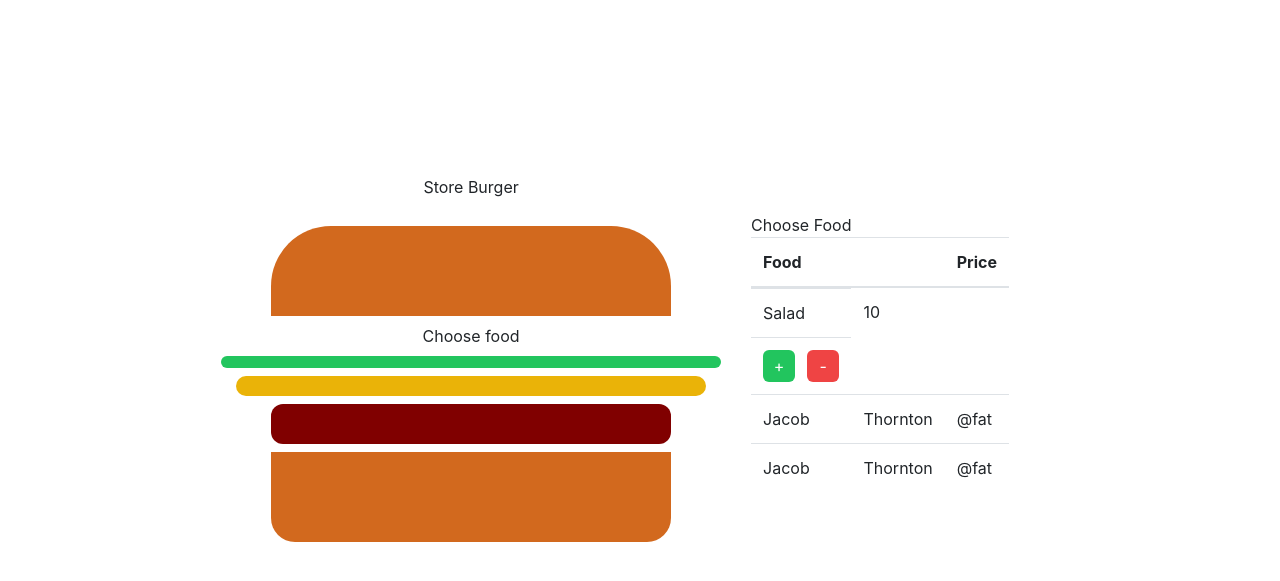
Repository: baobaodeveloper/bootcamp21_HuynhAnhBao_Burger
Page: /
An editor plug-in stored every save of this project. The page is shown before and after the next save, followed by the edit.
The browser window is 1280 px wide. The pictures show the whole page.
The project was rebuilt for these pictures with package versions that can differ from the ones it lists, and the page was loaded fresh each time. Also part of the build but not shown: vite.config.js.

Above is the page before, as saved 2022-05-15 17:19:40.

### index.html
<!DOCTYPE html>
<html lang="en">
  <head>
    <title>Title</title>
    <!-- Required meta tags -->
    <meta charset="utf-8" />
    <meta
      name="viewport"
      content="width=device-width, initial-scale=1, shrink-to-fit=no"
    />

    <!-- Bootstrap CSS -->
    <link
      rel="stylesheet"
      href="https://stackpath.bootstrapcdn.com/bootstrap/4.3.1/css/bootstrap.min.css"
      integrity="sha384-ggOyR0iXCbMQv3Xipma34MD+dH/1fQ784/j6cY/iJTQUOhcWr7x9JvoRxT2MZw1T"
      crossorigin="anonymous"
    />
  </head>
  <body>
    <div id="root"></div>
    <!-- Optional JavaScript -->
    <!-- jQuery first, then Popper.js, then Bootstrap JS -->
    <script
      src="https://code.jquery.com/jquery-3.3.1.slim.min.js"
      integrity="sha384-q8i/X+965DzO0rT7abK41JStQIAqVgRVzpbzo5smXKp4YfRvH+8abtTE1Pi6jizo"
      crossorigin="anonymous"
    ></script>
    <script
      src="https://cdnjs.cloudflare.com/ajax/libs/popper.js/1.14.7/umd/popper.min.js"
      integrity="sha384-UO2eT0CpHqdSJQ6hJty5KVphtPhzWj9WO1clHTMGa3JDZwrnQq4sF86dIHNDz0W1"
      crossorigin="anonymous"
    ></script>
    <script
      src="https://stackpath.bootstrapcdn.com/bootstrap/4.3.1/js/bootstrap.min.js"
      integrity="sha384-JjSmVgyd0p3pXB1rRibZUAYoIIy6OrQ6VrjIEaFf/nJGzIxFDsf4x0xIM+B07jRM"
      crossorigin="anonymous"
    ></script>

    <script type="module" src="/src/main.jsx"></script>
  </body>
</html>

### src/App.jsx
import Burger from "./components/Burger";

function App() {
  return <Burger></Burger>;
}

export default App;

### src/components/Burger.jsx
import React from "react";

export default function Burger() {
  return (
    <div>
      <div className="flex items-center gap-x-20  w-screen h-screen mx-auto justify-center">
        <div className="flex flex-col justify-center items-center gap-y-2 w-[400px]">
          <h2 className="mb-20">Store Burger</h2>
          <div className="bg-[#D2691E] w-full h-[30px] relative">
            <div className="bg-[#D2691E] w-full h-[60px] absolute top-0 left-0 -translate-y-[60px] rounded-tl-full rounded-tr-full"></div>
          </div>
          <p>Choose food</p>
          {/* loop here */}
          <div className="h-3 bg-green-500 w-[500px] rounded-full"></div>
          <div className="h-5 bg-yellow-500 w-[470px] rounded-full"></div>
          <div className="h-10 bg-[#800000] w-[400px] rounded-xl"></div>

          <div className="w-full bg-[#D2691E] h-[90px] rounded-br-3xl rounded-bl-3xl"></div>
        </div>

        <div className="">
          <table class="table">
            <thead>
              <tr>Choose Food</tr>
              <tr>
                <th scope="col">Food</th>
                <th scope="col"></th>
                <th scope="col">Price</th>
              </tr>
            </thead>
            <tbody>
              <tr>
                <td className="flex flex-col">Salad</td>
                <td className="flex items-center gap-x-3">
                  <button className="w-8 h-8 flex items-center justify-center text-white leading-none rounded-md bg-green-500">
                    +
                  </button>
                  <button className="w-8 h-8 flex items-center justify-center text-white leading-none rounded-md bg-red-500">
                    -
                  </button>
                </td>
                <td>10</td>
              </tr>
              <tr>
                <td>Jacob</td>
                <td>Thornton</td>
                <td>@fat</td>
              </tr>
              <tr>
                <td>Jacob</td>
                <td>Thornton</td>
                <td>@fat</td>
              </tr>
            </tbody>
          </table>
        </div>
      </div>
    </div>
  );
}

Loaded but not shown: src/main.jsx (common file); src/index.scss (common file); tailwind.config.js (common file)

After the next save:
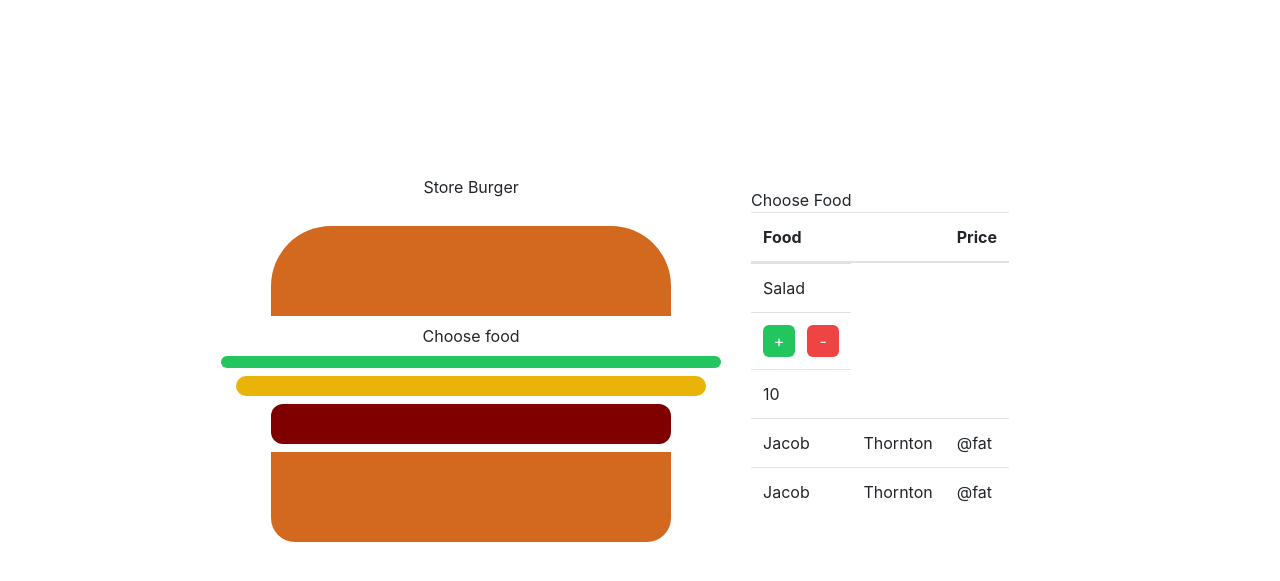
Saved 15 s later.
--- a/src/components/Burger.jsx
+++ b/src/components/Burger.jsx
@@ -39,7 +39,7 @@ export default function Burger() {
                     -
                   </button>
                 </td>
-                <td>10</td>
+                <td className="flex flex-col">10</td>
               </tr>
               <tr>
                 <td>Jacob</td>
